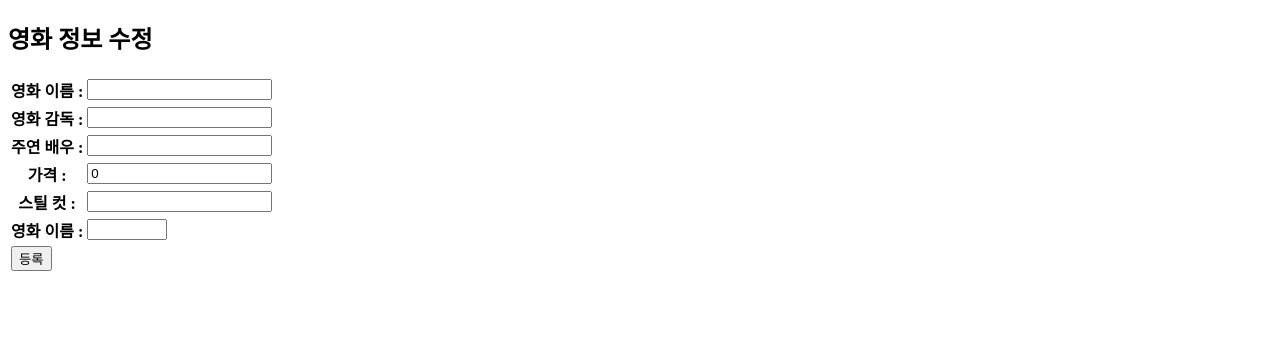
Repository: shinymusket/ideal-memory2
Page: http://localhost/homework10/MA
An editor plug-in stored every save of this project. The page is shown before and after the next save, followed by the edit.
The browser window is 1280 px wide. The pictures show the whole page.
The page is served by Tomcat 9. Other server files are loaded and not shown. Queries for data that is not in the repository find no rows.

Above is the page before, as saved 2022-06-16 08:28:52.

### homework10/WebContent/movieAlter.jsp
<%@ page language="java" contentType="text/html; charset=UTF-8"
    pageEncoding="UTF-8"%>
<!DOCTYPE html>
<html>
<head>
<meta charset="UTF-8">
<title>영화 정보 수정 페이지</title>
</head>
<body>
	<h2>영화 정보 수정</h2>
	<table>
		<form action="MA" method="post">
			<tr>
				<th>
					<label for="MovieName">영화 이름 :</label>
				</th>
				<td>
					<input type="text" id="MovieName" name="MovieName" value="${movie.movieName}">
				</td>
			</tr>
			<tr>
				<th>
					<label for="MovieDirector">영화 감독 :</label>
				</th>
				<td>
					<input type="text" id="MovieDirector" name="MovieDirector" value="${movie.movieDirector}">
				</td>
			</tr>
			<tr>
				<th>
					<label for="LeadingActor">주연 배우 :</label>
				</th>
				<td>
					<input type="text" id="LeadingActor" name="LeadingActor" value="${movie.leadingActor}">
				</td>
			</tr>
			<tr>
				<th>
					<label for="MoviePrice">가격 :</label>
				</th>
				<td>
					<input type="text" id="MoviePrice" name="MoviePrice" value="${movie.moviePrice}">
				</td>
			</tr>
			<tr>
				<th>
					<label for="StillCutPath">스틸 컷 :</label>
				</th>
				<td>
					<input type="text" id="StillCutPath" name="StillCutPath" value="${movie.stillCutPath}">
				</td>
			</tr>
			<tr>
				<th>
					<label for="grade">영화 이름 :</label>
				</th>
				<td>
					<input type="number" step="0.01" min="1" max="10" id="grade" name="grade" value="${movie.grade}">
				</td>
			</tr>
			<tr>
				<td colspan="2">
					<input type="submit" value="등록">
				</td>
			</tr>

		</form>
	</table>
</body>
</html>

### homework10/src/com/green/controller/MovieAlter.java
package com.green.controller;

import java.io.IOException;

import javax.servlet.ServletException;
import javax.servlet.annotation.WebServlet;
import javax.servlet.http.HttpServlet;
import javax.servlet.http.HttpServletRequest;
import javax.servlet.http.HttpServletResponse;

import com.green.dao.MovieDAO;
import com.green.vo.MovieVO;

@WebServlet("/MA")
public class MovieAlter extends HttpServlet {


	protected void doGet(HttpServletRequest request, HttpServletResponse response) throws ServletException, IOException {
		request.setCharacterEncoding("UTF-8");
		String movieCode = request.getParameter("movieCode");
		MovieDAO dao = MovieDAO.getInstance();
		MovieVO mVo = new MovieVO();
		mVo = dao.getMovieInfo(movieCode);

		request.setAttribute("movie", mVo);
		request.getRequestDispatcher("movieAlter.jsp").forward(request, response);
	}


	protected void doPost(HttpServletRequest request, HttpServletResponse response) throws ServletException, IOException {
		request.setCharacterEncoding("UTF-8");

		String movieName = request.getParameter("MovieName");
		String movieDirector = request.getParameter("MovieDirector");
		String leadingActor = request.getParameter("LeadingActor");
		int moviePrice = Integer.parseInt(request.getParameter("MoviePrice"));
		String stillCutPath = request.getParameter("StillCutPath");
		Double grade = Double.parseDouble(request.getParameter("grade"));

		MovieDAO dao = MovieDAO.getInstance();
		MovieVO mVo = new MovieVO();

		/*
		 * System.out.println(movieName); System.out.println(movieDirector);
		 * System.out.println(leadingActor); System.out.println(moviePrice);
		 * System.out.println(stillCutPath); System.out.println(grade);
		 */

		mVo.setMovieName(movieName);
		mVo.setMovieDirector(movieDirector);
		mVo.setLeadingActor(leadingActor);
		mVo.setMoviePrice(moviePrice);
		mVo.setStillCutPath(stillCutPath);
		mVo.setGrade(grade);

		dao.alterMovie(mVo);
		response.sendRedirect("MLS");
	}

}

### homework10/src/com/green/dao/MovieDAO.java
package com.green.dao;

import java.sql.Connection;
import java.sql.PreparedStatement;
import java.sql.ResultSet;
import java.sql.Statement;
import java.util.ArrayList;

import javax.naming.Context;
import javax.naming.InitialContext;
import javax.sql.DataSource;

import com.green.vo.MovieVO;

import oracle.jdbc.proxy.annotation.GetCreator;


public class MovieDAO {
	private MovieDAO() {}
	private static MovieDAO dao = new MovieDAO();
	public static MovieDAO getInstance() {
		return dao;
	}

	public Connection getConnection() throws Exception {
		Connection conn = null;
		Context initContext = new InitialContext();
		Context envContext  = (Context)initContext.lookup("java:/comp/env");
		DataSource ds = (DataSource)envContext.lookup("jdbc/myoracle");
		conn = ds.getConnection();

		return conn;
	}

	// 1. 영화 목록을 가져오는 메서드
	public ArrayList<MovieVO> getMoiveList() {
		ArrayList<MovieVO> movieList = new ArrayList<>();

		Connection conn = null;
		Statement stmt = null;
		ResultSet rs = null;

		String sql = "SELECT * FROM MovieInfoTbl";

		try {
			conn = getConnection();
			stmt = conn.createStatement();
			rs = stmt.executeQuery(sql);

			while (rs.next()) {
				MovieVO mVo = new MovieVO();
				String movieCode = rs.getString("MovieCode");
				String movieName = rs.getString("MovieName");
				String movieDirector = rs.getString("MovieDirector");
				String leadingActor = rs.getString("LeadingActor");
				int moviePrice = Integer.parseInt(rs.getString("MoviePrice"));
				String stillCutPath = rs.getString("StillCutPath");
				Double grade = rs.getDouble("grade");

				mVo.setMovieCode(movieCode);
				mVo.setMovieName(movieName);
				mVo.setMovieDirector(movieDirector);
				mVo.setLeadingActor(leadingActor);
				mVo.setMoviePrice(moviePrice);
				mVo.setStillCutPath(stillCutPath);
				mVo.setGrade(grade);

				movieList.add(mVo);
			}


		} catch(Exception e) {
			e.printStackTrace();
		} finally {
			try {
				if (rs != null) rs.close();
				if (stmt != null) stmt.close();
				if (conn != null) conn.close();

			} catch(Exception e) {
				e.printStackTrace();
			}
		}

		return movieList;
	}

	// 2. 영화를 등록하는 메서드
	public void regMovie(MovieVO mVo) {
		Connection conn = null;
		PreparedStatement psmt = null;

		String sql = "INSERT INTO MovieInfoTbl VALUES (MCODE_SEQ.nextval, ?, ?, ?, ?, ?, ?)";

		try {
			conn = getConnection();
			psmt = conn.prepareStatement(sql);

			psmt.setString(1, mVo.getMovieName());
			psmt.setString(2, mVo.getMovieDirector());
			psmt.setString(3, mVo.getLeadingActor());
			psmt.setInt(4, mVo.getMoviePrice());
			psmt.setString(5, mVo.getStillCutPath());
			psmt.setDouble(6, mVo.getGrade());

			psmt.executeUpdate();

		} catch(Exception e) {
			e.printStackTrace();
		} finally {
			try {
				if (psmt != null) psmt.close();
				if (conn != null) conn.close();
			} catch(Exception e) {
				e.printStackTrace();
			}
		}


	}

	// 3. 영화 코드로 정보 가져오기
	public MovieVO getMovieInfo(String movieCode) {
		MovieVO mVo = new MovieVO();

		Connection conn = null;
		PreparedStatement psmt = null;
		ResultSet rs = null;

		String sql = "SELECT * FROM MovieInfoTbl WHERE moviecode=?";

		try {
			conn = getConnection();
			psmt = conn.prepareStatement(sql);

			psmt.setString(1, movieCode);

			rs = psmt.executeQuery();

			if (rs.next()) {
				String movieName = rs.getString("MovieName");
				String movieDirector = rs.getString("MovieDirector");
				String leadingActor = rs.getString("LeadingActor");
				int moviePrice = Integer.parseInt(rs.getString("MoviePrice"));
				String stillCutPath = rs.getString("StillCutPath");
				Double grade = rs.getDouble("grade");


				mVo.setMovieCode(movieCode);
				mVo.setMovieName(movieName);
				mVo.setMovieDirector(movieDirector);
				mVo.setLeadingActor(leadingActor);
				mVo.setMoviePrice(moviePrice);
				mVo.setStillCutPath(stillCutPath);
				mVo.setGrade(grade);
			}



		} catch(Exception e) {
			e.printStackTrace();
		} finally {
			try {
				if (rs != null) rs.close();
				if (psmt != null) psmt.close();
				if (conn != null) conn.close();

			} catch(Exception e) {
				e.printStackTrace();
			}
		}


		return mVo;
	}

	// 4. 영화 코드로 영화 삭제하기
	public void deleteMovie(String movieCode) {
		Connection conn = null;
		PreparedStatement psmt = null;

		String sql = "DELETE MovieInfoTbl WHERE moviecode=?";

		try {
			conn = getConnection();
			psmt = conn.prepareStatement(sql);

			psmt.setString(1, movieCode);

			psmt.executeUpdate();

		} catch(Exception e) {
			e.printStackTrace();
		} finally {
			try {
				if (psmt != null) psmt.close();
				if (conn != null) conn.close();
			} catch(Exception e) {
				e.printStackTrace();
			}
		}


	}

	// 5. 영화 정보 수정하기
	public void alterMovie(MovieVO mVo) {
		Connection conn = null;
		PreparedStatement psmt = null;

		String sql = "UPDATE MovieInfoTbl SET movieName=?, movieDirector=?,  LeadingActor=?, MoviePrice=?, StillCutPath=?, grade=? WHERE moviecode=?";

		try {
			conn = getConnection();
			psmt = conn.prepareStatement(sql);

			psmt.setString(1, mVo.getMovieName());
			psmt.setString(2, mVo.getMovieDirector());
			psmt.setString(3, mVo.getLeadingActor());
			psmt.setInt(4, mVo.getMoviePrice());
			psmt.setString(5, mVo.getStillCutPath());
			psmt.setDouble(6, mVo.getGrade());
			psmt.setString(7, mVo.getMovieCode());

			psmt.executeUpdate();

		} catch(Exception e) {
			e.printStackTrace();
		} finally {
			try {
				if (psmt != null) psmt.close();
				if (conn != null) conn.close();
			} catch(Exception e) {
				e.printStackTrace();
			}
		}


	}
}

### homework10/src/com/green/vo/MovieVO.java
package com.green.vo;

import java.io.Serializable;

public class MovieVO implements Serializable {
	private String movieCode;
	private String movieName;
	private String movieDirector;
	private String leadingActor;
	private int moviePrice;
	private String stillCutPath;
	private Double grade;

	public String getMovieCode() {
		return movieCode;
	}
	public void setMovieCode(String movieCode) {
		this.movieCode = movieCode;
	}
	public String getMovieName() {
		return movieName;
	}
	public void setMovieName(String movieName) {
		this.movieName = movieName;
	}
	public String getMovieDirector() {
		return movieDirector;
	}
	public void setMovieDirector(String movieDirector) {
		this.movieDirector = movieDirector;
	}
	public String getLeadingActor() {
		return leadingActor;
	}
	public void setLeadingActor(String leadingActor) {
		this.leadingActor = leadingActor;
	}
	public int getMoviePrice() {
		return moviePrice;
	}
	public void setMoviePrice(int moviePrice) {
		this.moviePrice = moviePrice;
	}
	public String getStillCutPath() {
		return stillCutPath;
	}
	public void setStillCutPath(String stillCutPath) {
		this.stillCutPath = stillCutPath;
	}
	public Double getGrade() {
		return grade;
	}
	public void setGrade(Double grade) {
		this.grade = grade;
	}

}

After the next save:
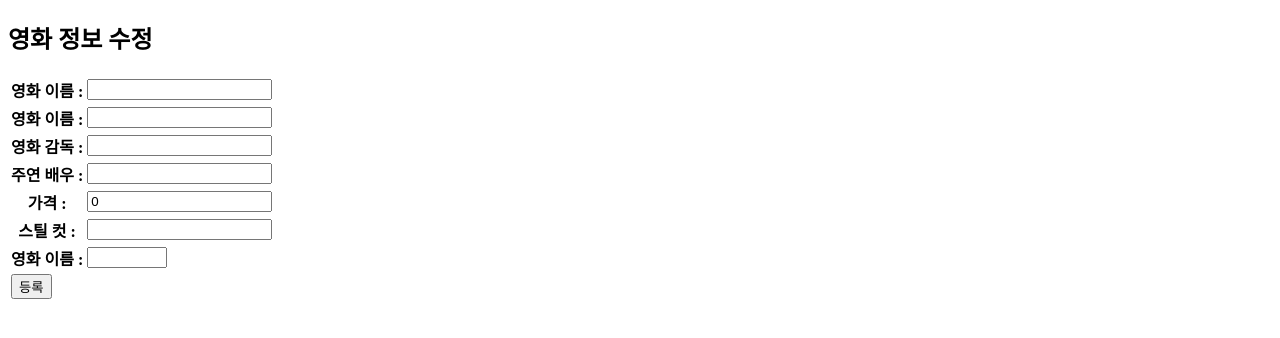
Saved 7 min 43 s later.
--- a/homework10/WebContent/movieAlter.jsp
+++ b/homework10/WebContent/movieAlter.jsp
@@ -10,6 +10,14 @@
 	<h2>영화 정보 수정</h2>
 	<table>
 		<form action="MA" method="post">
+		<tr>
+				<th>
+					<label for="MovieName">영화 이름 :</label>
+				</th>
+				<td>
+					<input type="text" id="MovieName" name="MovieName" value="${movie.movieName}">
+				</td>
+			</tr>
 			<tr>
 				<th>
 					<label for="MovieName">영화 이름 :</label>
